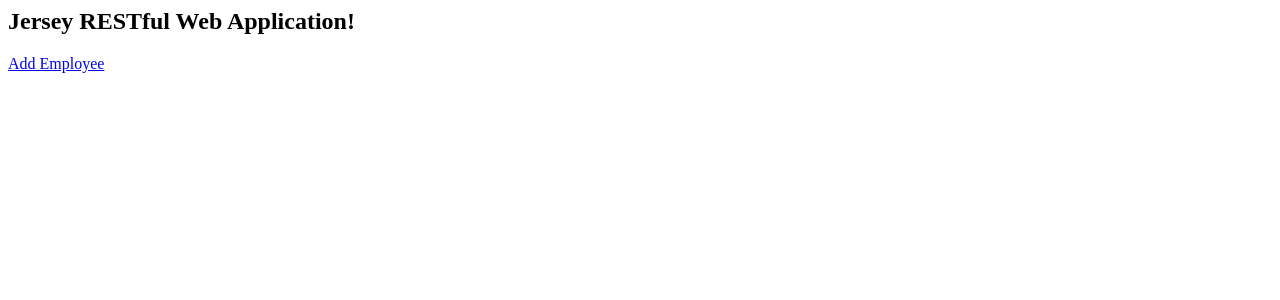
Repository: Vidhya2796/ATPTrainingFoldersJEECloud
Page: http://localhost/assignment5/
These files come from the project's save history. The page is drawn as it stood at one moment and after the next save; the edit follows.
The browser window is 1280 px wide. The pictures show the whole page.
The page is served by Tomcat 9.

Above is the page before, as saved 2018-12-21 03:24:57.

After the next save:
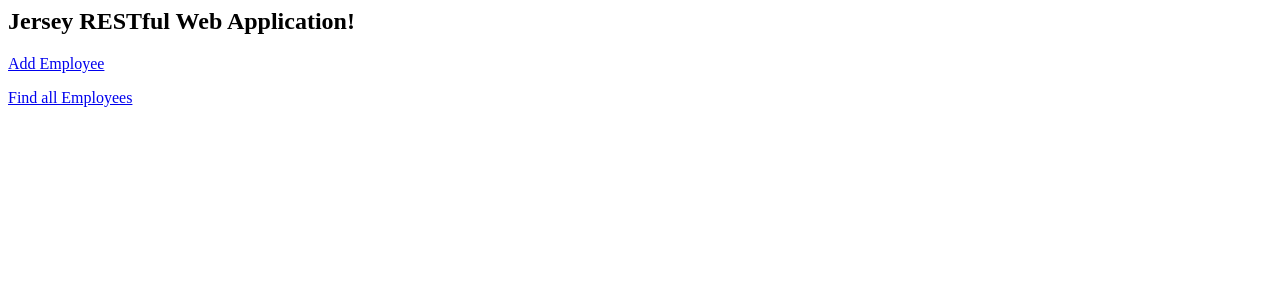
Saved 28 s later.
--- a/SpringREST/assignment5/src/main/webapp/index.jsp
+++ b/SpringREST/assignment5/src/main/webapp/index.jsp
@@ -6,6 +6,7 @@
     for more information on Jersey! -->
 
     <p><a href="webapi/add">Add Employee</a>
+    <p><a href="webapi/findall">Find all Employees</a>
 
 
 </body>
